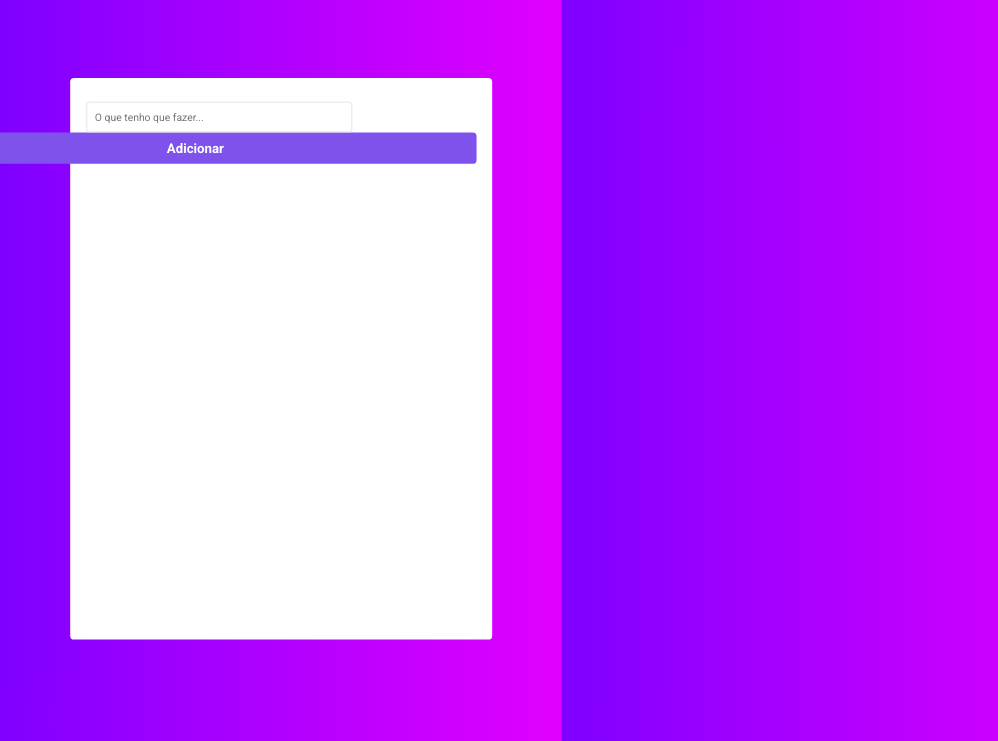
Repository: PLSR12/ToDoList
Page: index.html
These files come from the project's save history. The page is drawn as it stood at one moment and after the next save; the edit follows.
The browser window is 1280 px wide. The pictures show the whole page, at 78% of full size.
Some web libraries are served in a nearby version.

Above is the page before, as saved 2022-01-14 12:56:15.

After the next save:
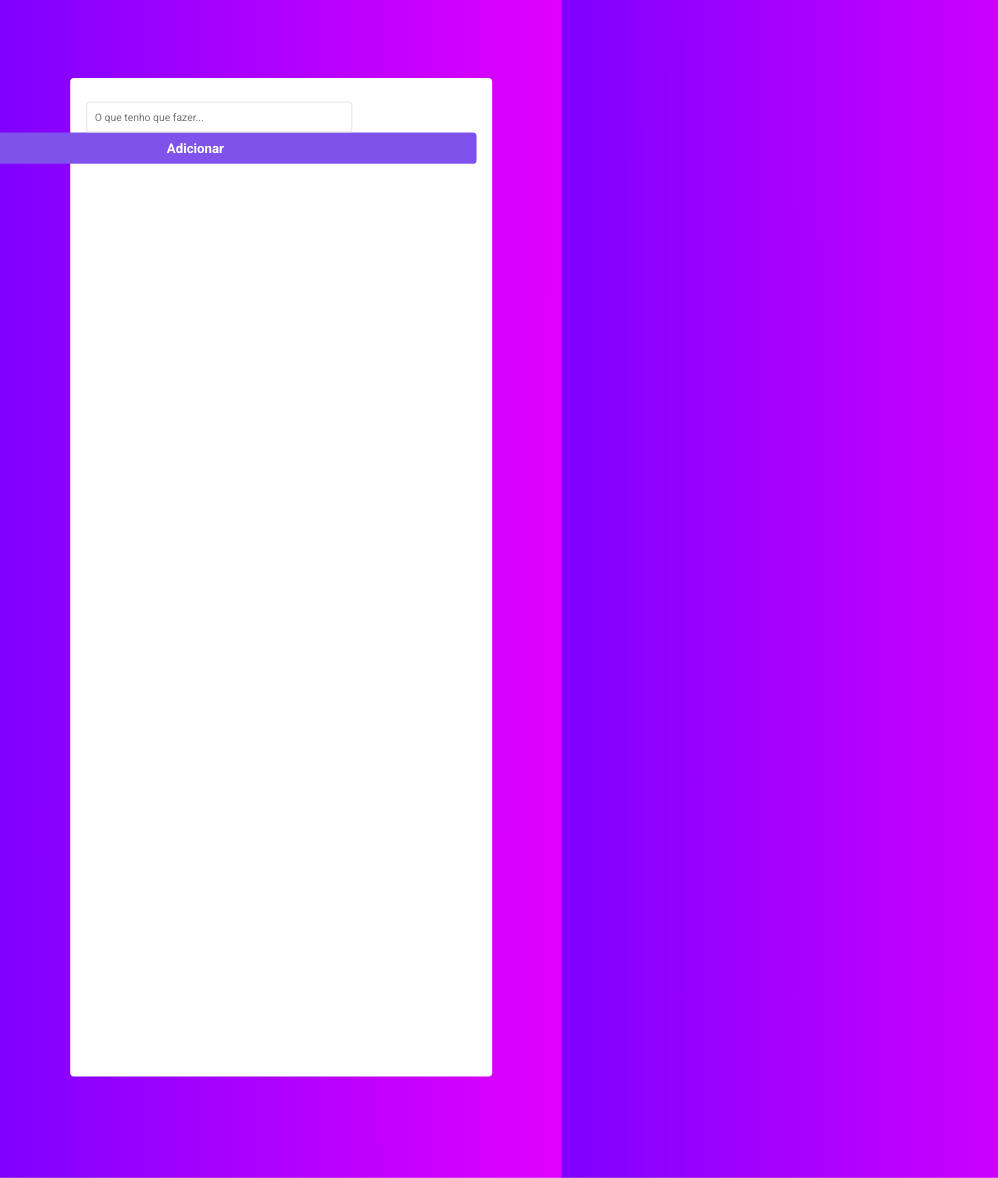
Saved 7 s later.
--- a/styles.css
+++ b/styles.css
@@ -1,7 +1,7 @@
 
 * {
     width: 100vh;
-    height: 100vh;
+    height: 100vw;
     margin: 0;
     padding: 0;
     box-sizing: border-box;
